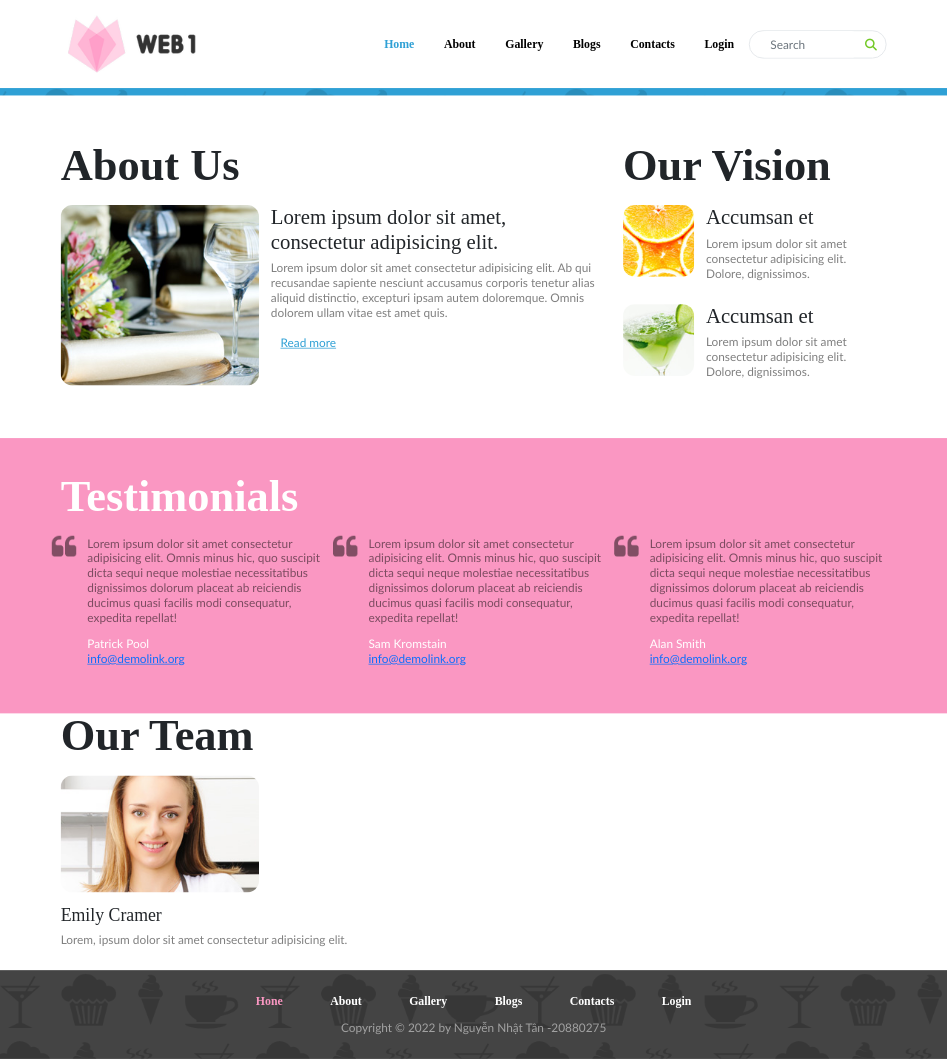
Repository: carembanhkem/web1-20880275
Page: about.html
An editor plug-in stored every save of this project. The page is shown before and after the next save, followed by the edit.
The browser window is 1280 px wide. The pictures show the whole page, at 74% of full size.
Some web fonts or font styles are not loaded; a fallback is used. Some web libraries are served in a nearby version.

Above is the page before, as saved 2023-02-06 11:38:31.
Console error: ReferenceError: bootstrap is not defined

After the next save:
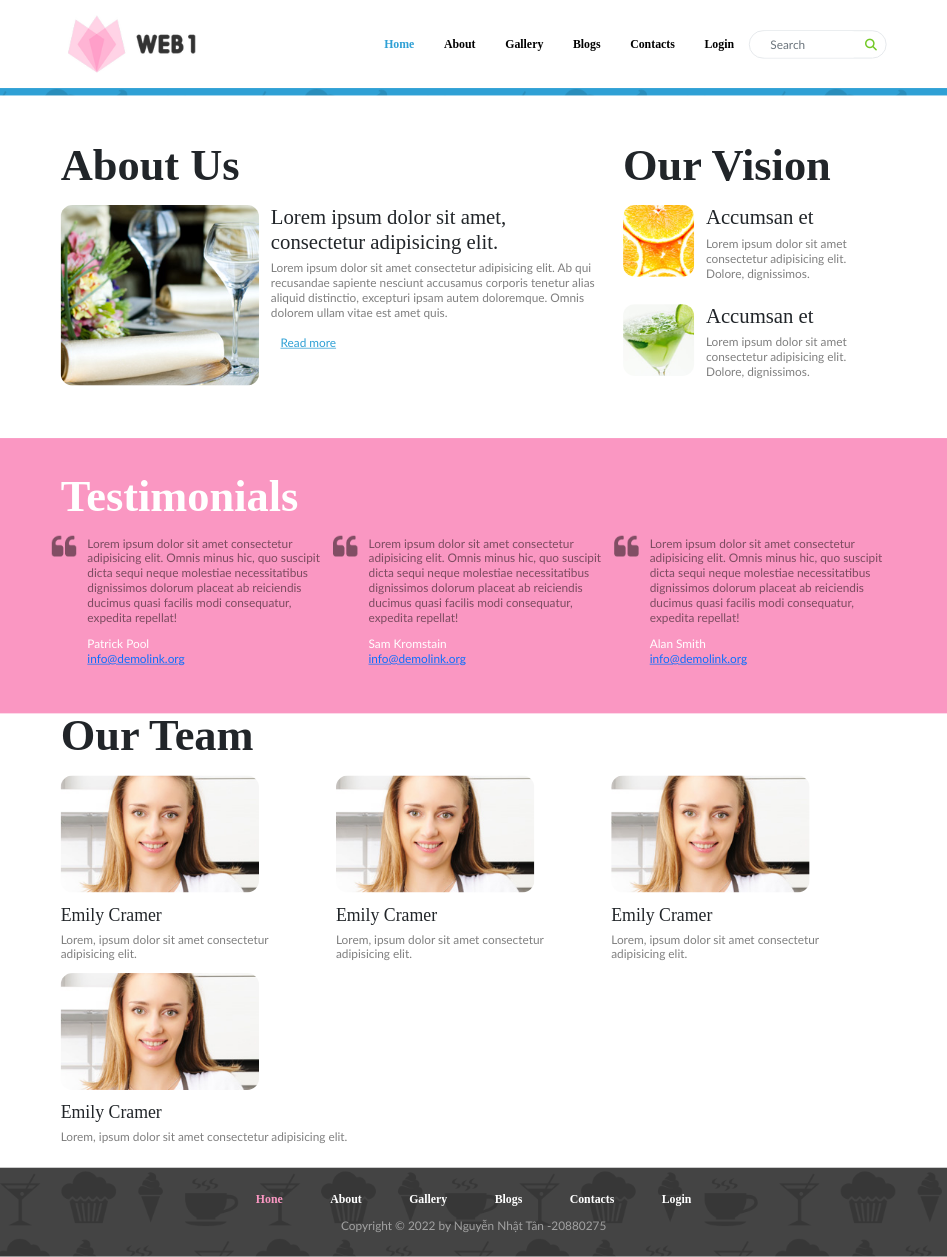
Saved 12 s later.
--- a/about.html
+++ b/about.html
@@ -121,6 +121,21 @@
                     <h4>Emily Cramer</h4>
                     <p class="text-black-50">Lorem, ipsum dolor sit amet consectetur adipisicing elit.</p>
                 </div>
+                <div class="col">
+                    <img src="images/our-team/team-1.jpg" alt="team-1" class="rounded-4 mb-3">
+                    <h4>Emily Cramer</h4>
+                    <p class="text-black-50">Lorem, ipsum dolor sit amet consectetur adipisicing elit.</p>
+                </div>
+                <div class="col">
+                    <img src="images/our-team/team-1.jpg" alt="team-1" class="rounded-4 mb-3">
+                    <h4>Emily Cramer</h4>
+                    <p class="text-black-50">Lorem, ipsum dolor sit amet consectetur adipisicing elit.</p>
+                </div>
+                <div class="col">
+                    <img src="images/our-team/team-1.jpg" alt="team-1" class="rounded-4 mb-3">
+                    <h4>Emily Cramer</h4>
+                    <p class="text-black-50">Lorem, ipsum dolor sit amet consectetur adipisicing elit.</p>
+                </div>
             </div>
         </div>
     </section>

After the save that followed:
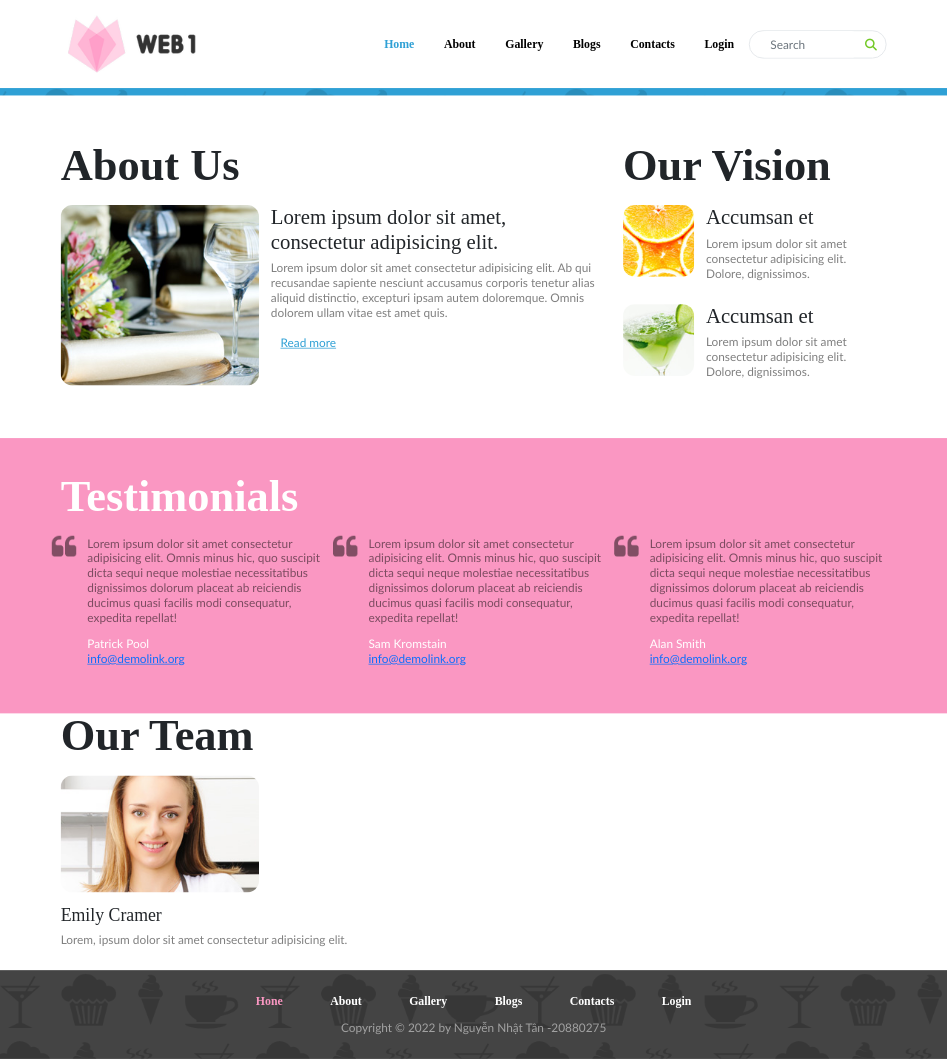
Saved 19 s later.
--- a/about.html
+++ b/about.html
@@ -121,21 +121,6 @@
                     <h4>Emily Cramer</h4>
                     <p class="text-black-50">Lorem, ipsum dolor sit amet consectetur adipisicing elit.</p>
                 </div>
-                <div class="col">
-                    <img src="images/our-team/team-1.jpg" alt="team-1" class="rounded-4 mb-3">
-                    <h4>Emily Cramer</h4>
-                    <p class="text-black-50">Lorem, ipsum dolor sit amet consectetur adipisicing elit.</p>
-                </div>
-                <div class="col">
-                    <img src="images/our-team/team-1.jpg" alt="team-1" class="rounded-4 mb-3">
-                    <h4>Emily Cramer</h4>
-                    <p class="text-black-50">Lorem, ipsum dolor sit amet consectetur adipisicing elit.</p>
-                </div>
-                <div class="col">
-                    <img src="images/our-team/team-1.jpg" alt="team-1" class="rounded-4 mb-3">
-                    <h4>Emily Cramer</h4>
-                    <p class="text-black-50">Lorem, ipsum dolor sit amet consectetur adipisicing elit.</p>
-                </div>
             </div>
         </div>
     </section>
